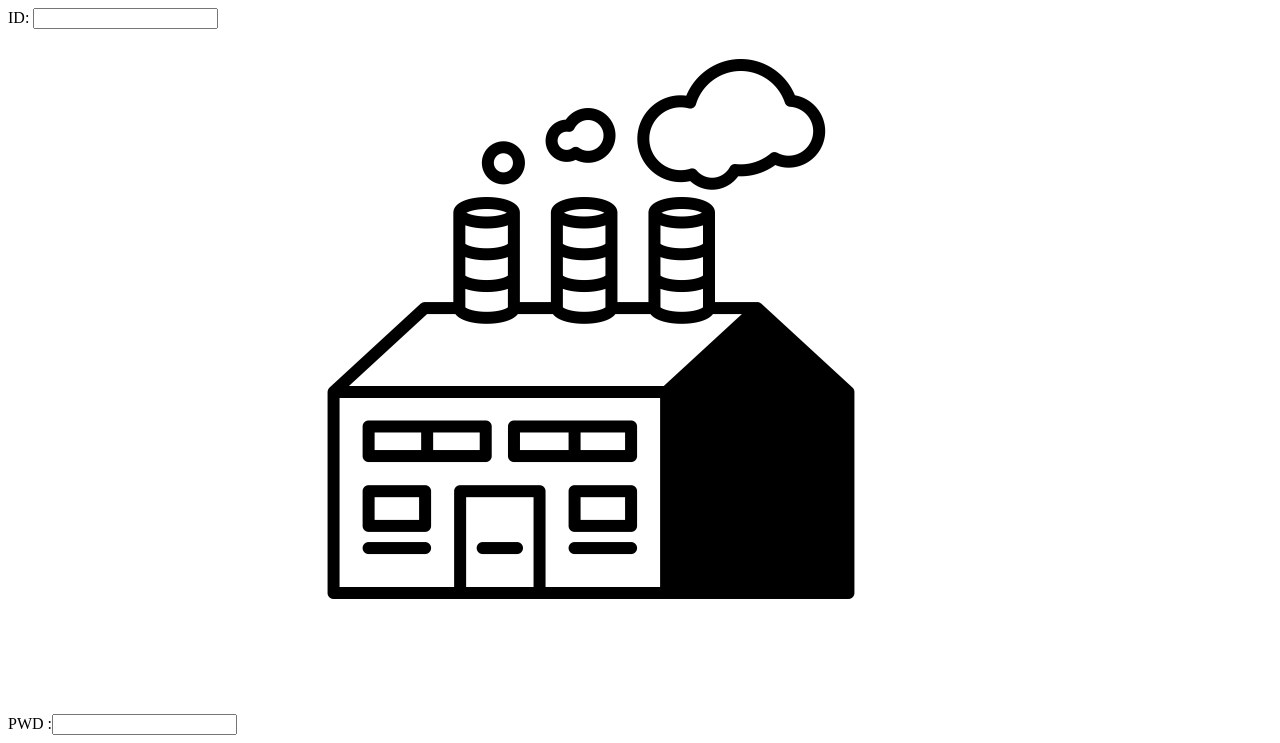
Repository: poomshen/team_03_project2
Page: JavaScript/WebContent/Ex09_Script.html
An editor plug-in stored every save of this project. The page is shown before and after the next save, followed by the edit.
The browser window is 1280 px wide. The pictures show the whole page.

Above is the page before, as saved 2016-08-30 06:33:11.

After the next save:
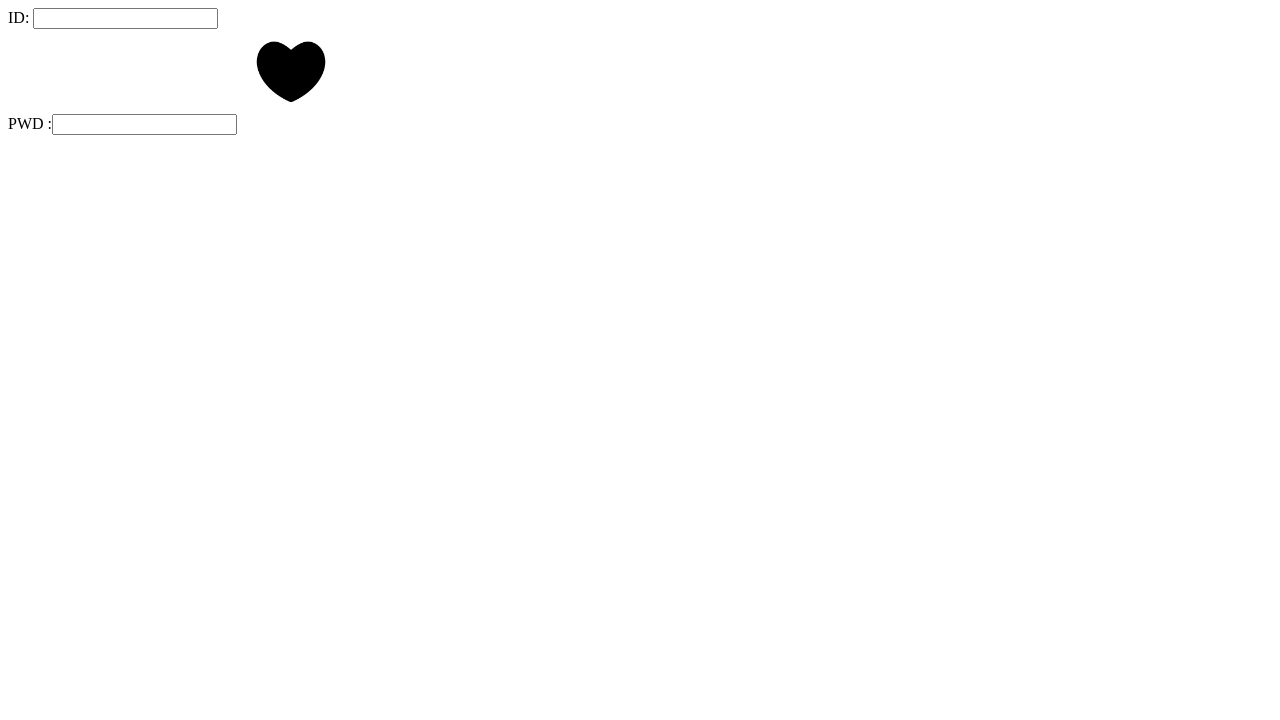
Saved 46 s later.
--- a/JavaScript/WebContent/Ex09_Script.html
+++ b/JavaScript/WebContent/Ex09_Script.html
@@ -11,7 +11,7 @@
 
 	<!-- 전송  -->
 <!-- 	<input type="submit" value="전송하기"> -->
- <input type="image" src="images/noun_127312_cc.png">
+ <input type="image" src="images/noun_323320_cc.png" style="white:100px ;height: 100px">
 </form>
 
 </body>
